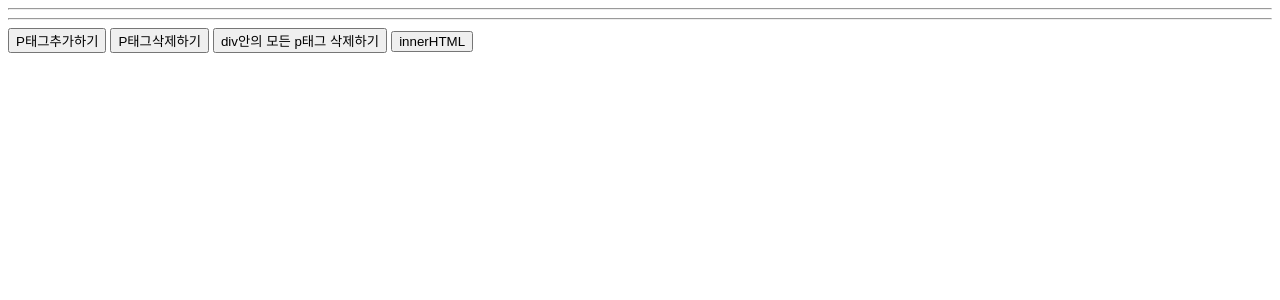
Repository: wishinghyun/multicampus
Page: webwork/clientweb/WebContent/js_dom/domExam.html
These files come from the project's save history. The page is drawn as it stood at one moment and after the next save; the edit follows.
The browser window is 1280 px wide. The pictures show the whole page.
After loading, the first visible `button[onclick="deleteDivAndP()"]` was clicked once.

Above is the page before, as saved 2020-01-10 05:38:18.

After the next save:
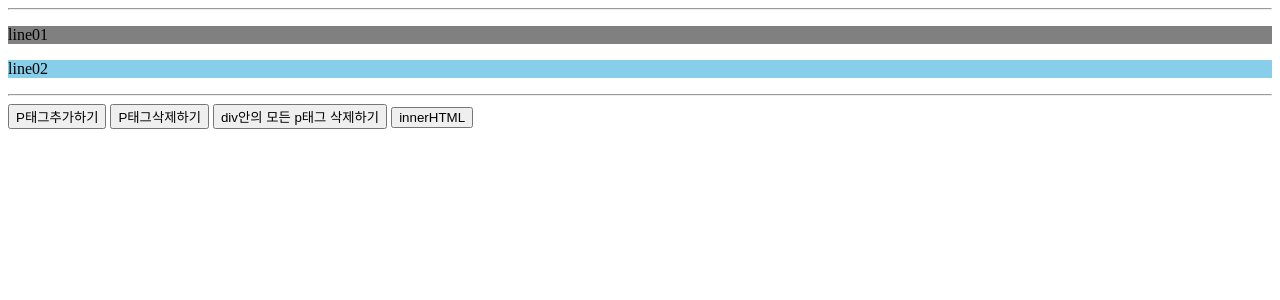
Saved 39 s later.
--- a/webwork/clientweb/WebContent/js_dom/domExam.html
+++ b/webwork/clientweb/WebContent/js_dom/domExam.html
@@ -23,8 +23,7 @@
 		function deleteDivAndP() {
 			targetNode = document.getElementById("root")
 			childNodelist = targetNode.childNodes
-			size = childNodelist.length
-			for(i=0;i<size;i++){
+			for(i=0;i<childNodelist.length;i++){
 					targetNode.removeChild(targetNode.lastChild)
 			}
 		}

After the save that followed:
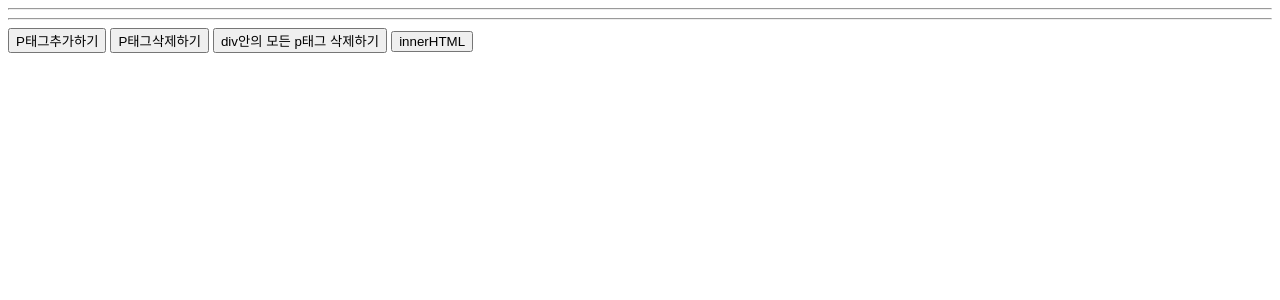
Saved 7 s later.
--- a/webwork/clientweb/WebContent/js_dom/domExam.html
+++ b/webwork/clientweb/WebContent/js_dom/domExam.html
@@ -23,7 +23,8 @@
 		function deleteDivAndP() {
 			targetNode = document.getElementById("root")
 			childNodelist = targetNode.childNodes
-			for(i=0;i<childNodelist.length;i++){
+			size = childNodelist.length
+			for(i=0;i<size;i++){
 					targetNode.removeChild(targetNode.lastChild)
 			}
 		}
